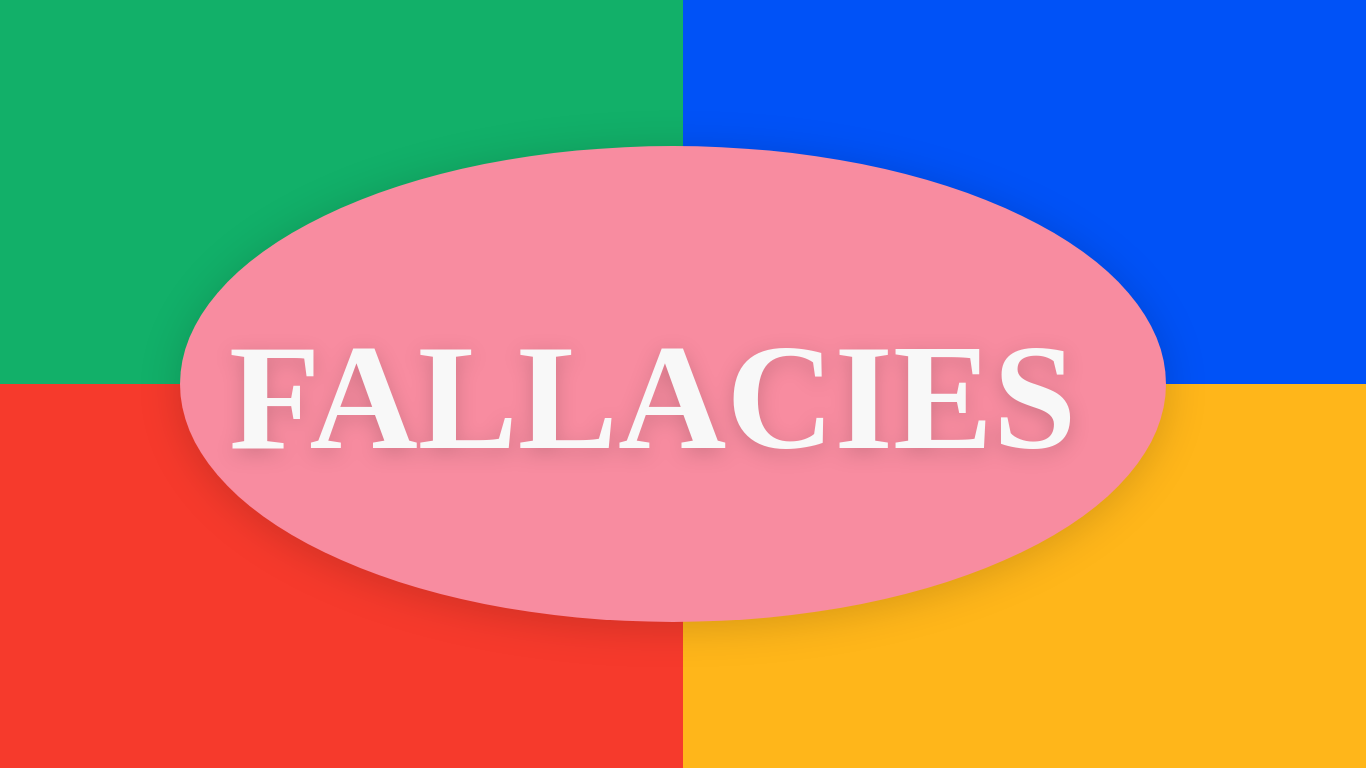
Repository: yafugray/fallacies
Page: project/Midterm project/index.html
An editor plug-in stored every save of this project. The page is shown before and after the next save, followed by the edit.
The browser window is 1280 px wide. The page is 1366 px wide, so the pictures cover 1366 px, including what lies to the right of the window. The pictures show the whole page.

Above is the page before, as saved 2020-03-12 14:27:29.

After the next save:
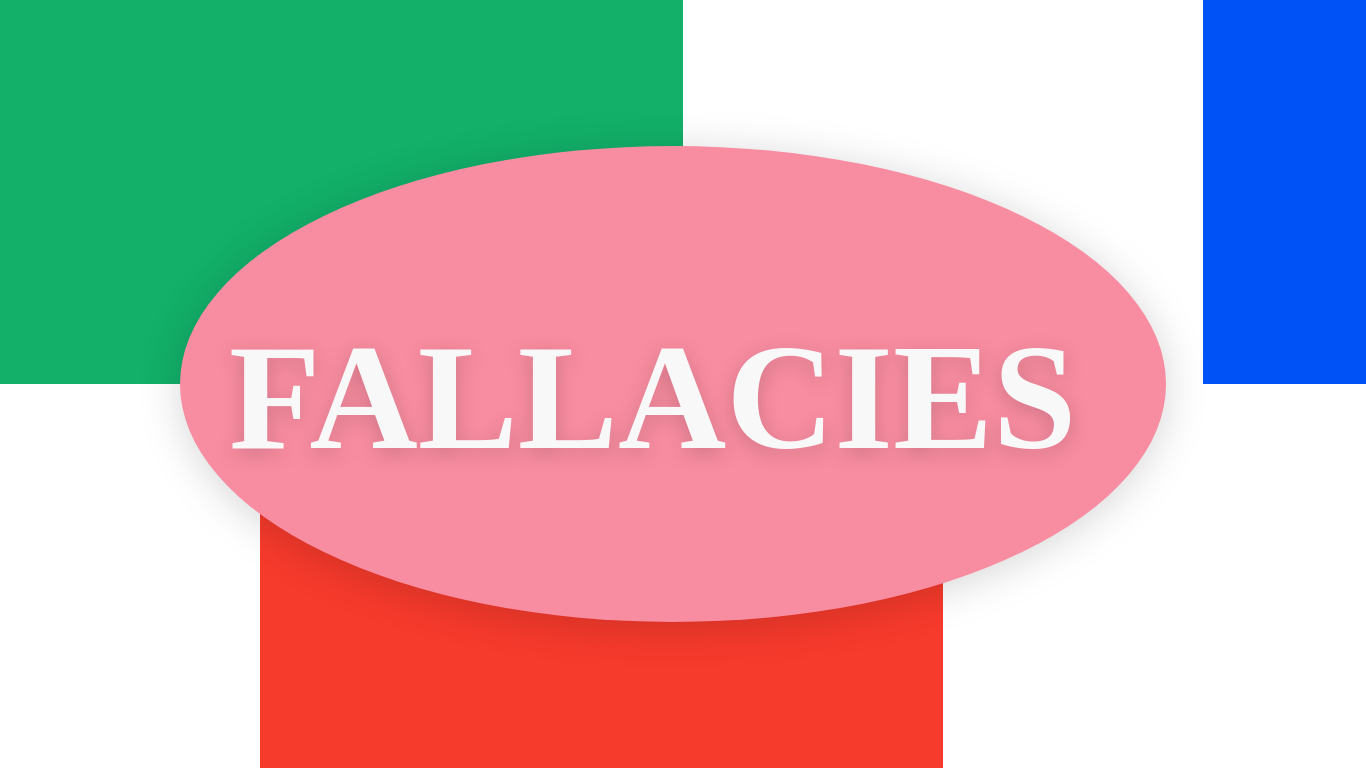
Saved 32 s later.
--- a/project/Midterm project/app.css
+++ b/project/Midterm project/app.css
@@ -35,7 +35,7 @@
 
 }
 .Rectangle_1 {
-    position: absolute;
+    position: relative;
     overflow: visible;
     width: 20vw;
     height: 10vh;
@@ -43,7 +43,7 @@
     top: 0px;
 }
 .Rectangle_4 {
-    position: absolute;
+    position: relative;
     overflow: visible;
     width: 20vw;
     height: 10vh;
@@ -51,7 +51,7 @@
     top: 384px;
 }
 .Rectangle_2 {
-    position: absolute;
+    position: relative;
     overflow: visible;
     width: 20vw;
     height: 10vh;
@@ -59,7 +59,7 @@
     top: 0px;
 }
 .Rectangle_3 {
-    position: absolute;
+    position: relative;
     overflow: visible;
     width: 20vw;
     height: 10vh;
